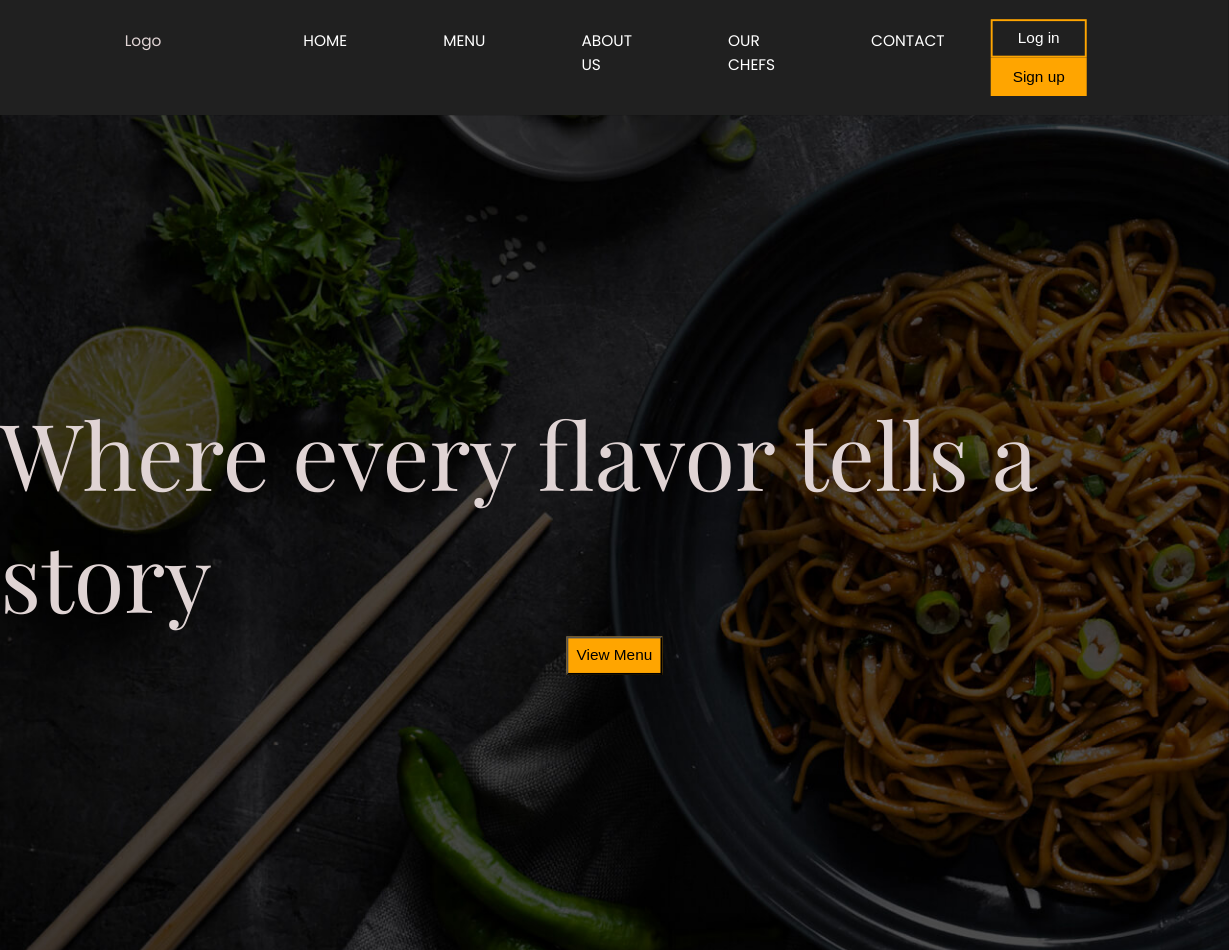
Repository: ThisIsSahaj/NSP
Page: index.html
An editor plug-in stored every save of this project. The page is shown before and after the next save, followed by the edit.
The browser window is 1280 px wide. The pictures show the whole page, at 96% of full size.

Above is the page before, as saved 2023-11-06 14:00:16.

After the next save:
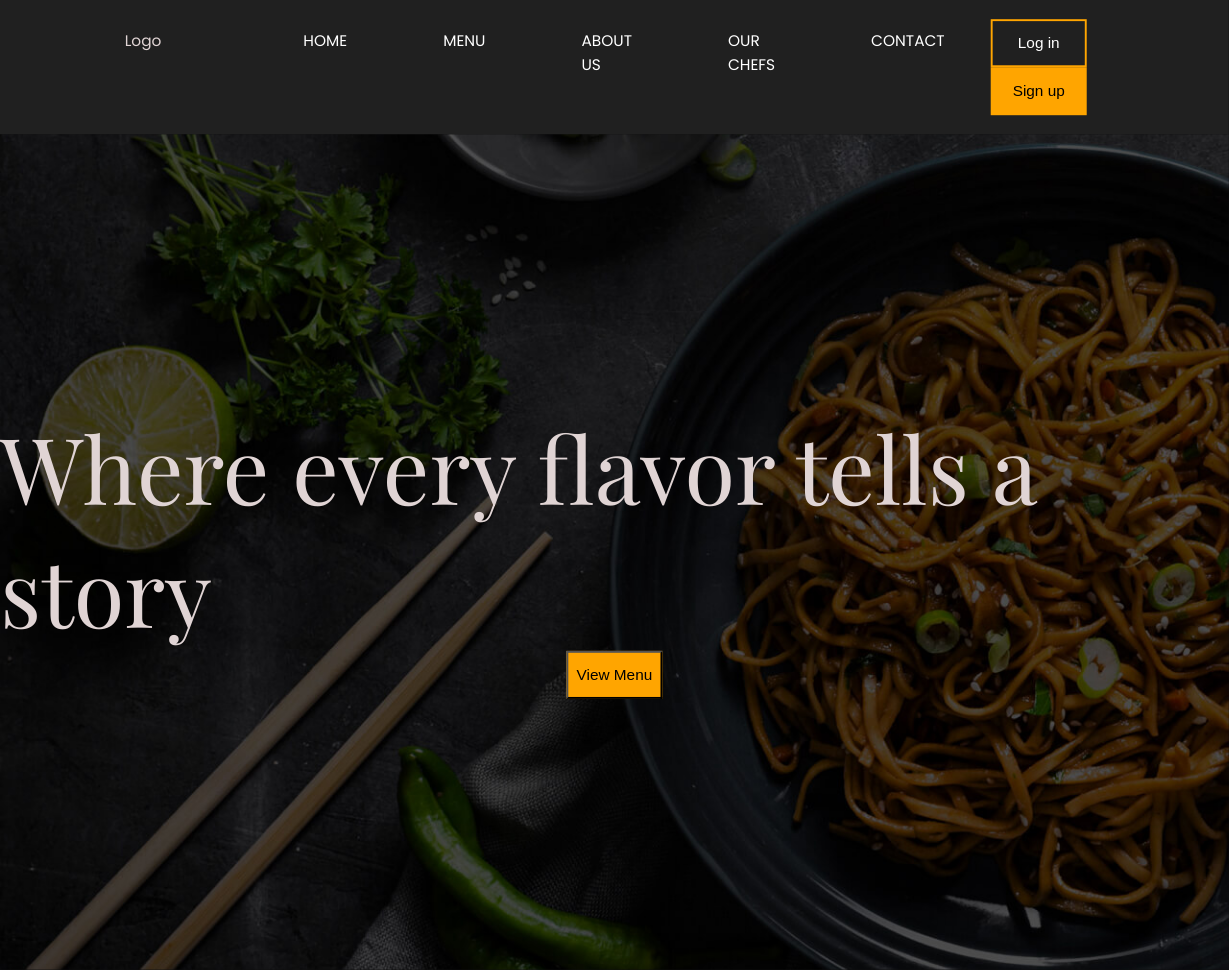
Saved 62 s later.
--- a/style.css
+++ b/style.css
@@ -89,7 +89,7 @@ a:hover:after {
     /* border: 2px solid hotpink; */
 }
 button {
-    height: 40px;
+    height: 50px;
     width: 100px;
     margin: 0px 10px;
     /* border-radius: 50px; */
